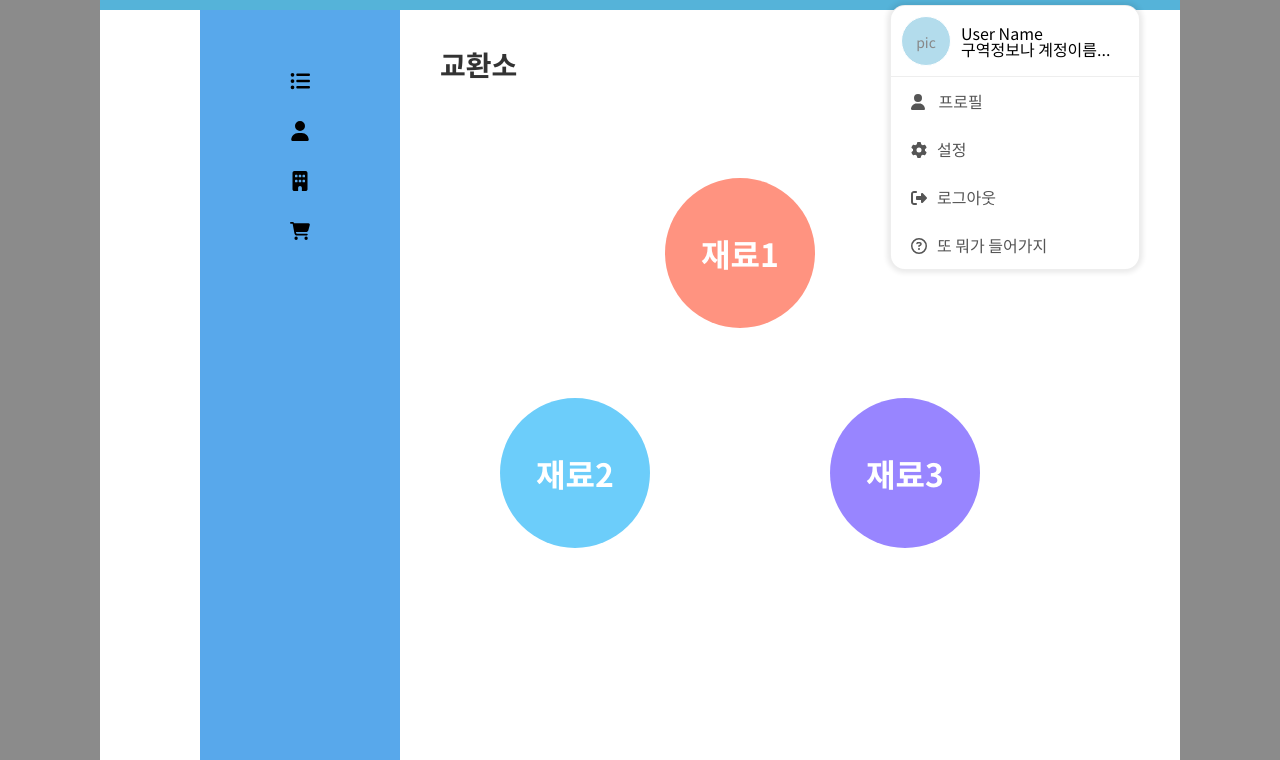
Repository: sunoo-lee/toVillage-old
Page: /#/trade
An editor plug-in stored every save of this project. The page is shown before and after the next save, followed by the edit.
The browser window is 1280 px wide. The pictures show the whole page.
The project was rebuilt for these pictures with package versions that can differ from the ones it lists, and the page was loaded fresh each time. Also part of the build but not shown: src/routes/Auth.js, src/components/Todo.js, src/components/AddForm.js, src/components/Main.js, src/routes/Home.js, src/components/MyProfile.js, src/routes/Profile.js, src/components/Area.module.css and 2 more.

Above is the page before, as saved 2022-10-13 04:41:23.

After the next save:
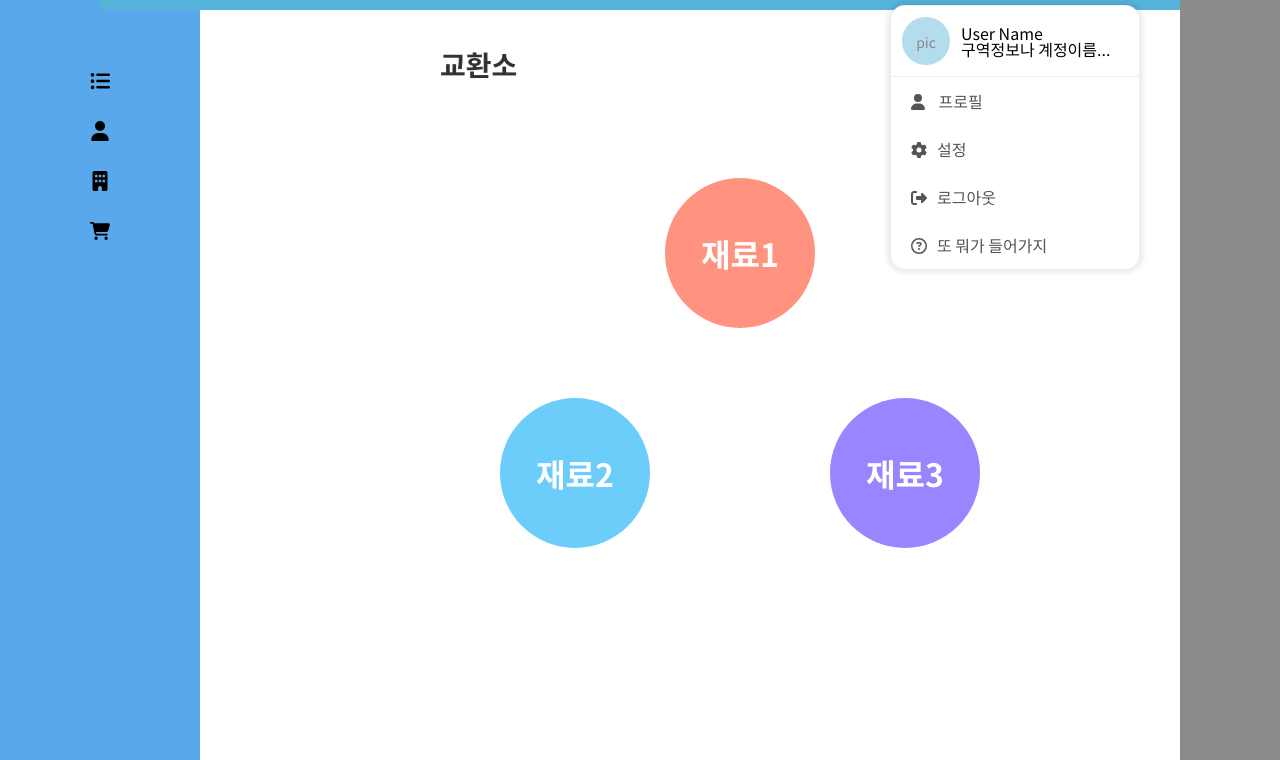
Saved 67 s later.
--- a/src/components/Navigation.module.css
+++ b/src/components/Navigation.module.css
@@ -14,7 +14,7 @@
 .nav_active {
   background-color: #58a8eb;
   /* width: 60px; */
-  transform: translate(50%);
+  transform: translate(-50%);
 }
 .nav_active .container ul li {
   padding: 0;
